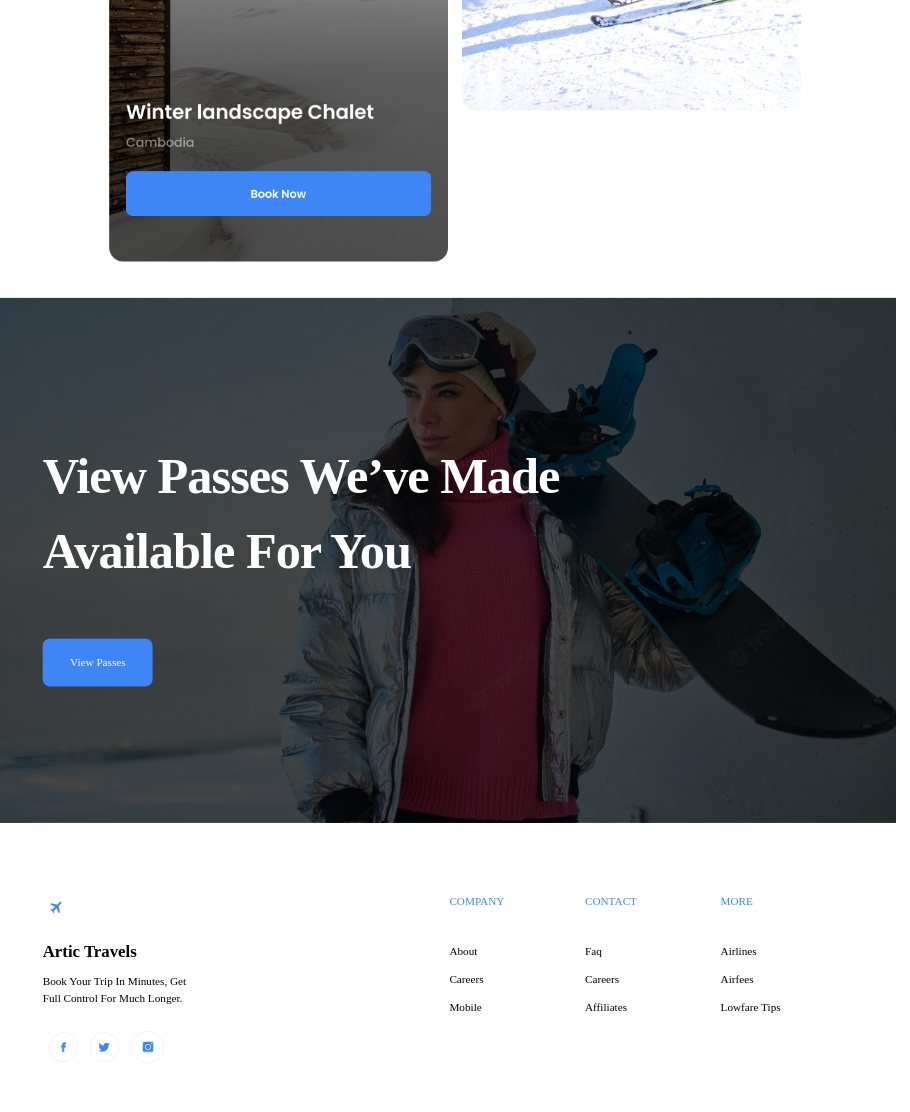
Repository: swissjake/arctic-travel-agency
Page: /
The author's editor kept a copy of each file at every save. The page is drawn from the files as they stood at one save, then again after a run of saves.
The browser window is 1280 px wide. The page is 1300 px wide, so the pictures cover 1300 px, including what lies to the right of the window. The pictures show the part of the page from y = 4101 to 5981 px (the page is 5689 px tall before and 5981 px after), at 70% of full size.
The project was rebuilt for these pictures with package versions that can differ from the ones it lists, and the page was loaded fresh each time. Also part of the build but not shown: src/App.css.

Above is the page before, as saved 2022-05-04 17:35:30.

After the next 2 saves:
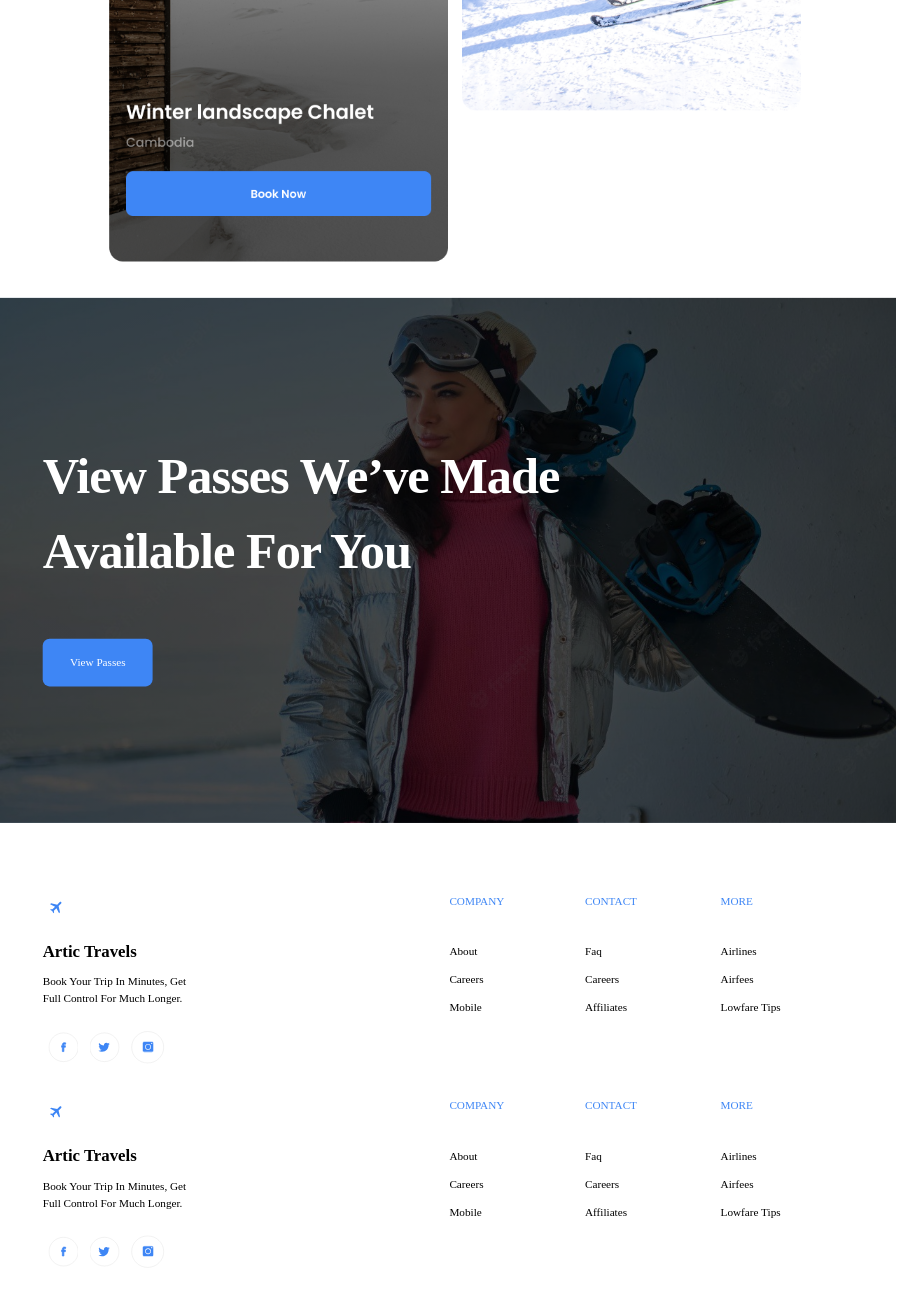
The 2 saves are shown as one change because they came seconds apart.
The last was saved 23 s later.
--- a/src/components/Footer/Footer.tsx
+++ b/src/components/Footer/Footer.tsx
@@ -61,6 +61,50 @@ control for much longer.</p>
 
               </div>
 
+              <div className="sm:flex justify-between">
+
+<div className="mb-[3rem] w-[50%]">
+  <img src={aeroplane} className="mb-[27px]" alt="aeroplane" />
+  <p className="capitalize text-2xl font-bold">artic travels</p>
+  <p className="capitalize mt-[16px] mb-[34px] w-[217px]">Book your trip in minutes, get full
+control for much longer.</p>
+<div className="flex mt-5">
+
+  {social.map((item,index)=> (<img src={item} className="mx-2 " alt="icons" />))}
+</div>
+</div>
+
+<div className='mb-5 flex-1'>
+  <h2 className="text-[#3E86F5] mb-[40px] uppercase">company</h2>
+  <ul>
+    {company.map((item,index)=>(
+      <li className="capitalize leading-10">{item}</li>
+    ))}
+  </ul>
+</div>
+
+<div className='mb-5 flex-1'>
+  <h2 className="text-[#3E86F5] mb-[40px] uppercase">contact</h2>
+  <ul>
+    {contact.map((item,index)=>(
+      <li className="capitalize leading-10">{item}</li>
+    ))}
+  </ul>
+</div>
+
+<div className='mb-5 flex-1'>
+  <h2 className="text-[#3E86F5] mb-[40px] uppercase">more</h2>
+  <ul>
+    {more.map((item,index)=>(
+      <li className="capitalize leading-10">{item}</li>
+    ))}
+  </ul>
+</div>
+
+
+              </div>
+
+
          </div>
       </footer>
 
